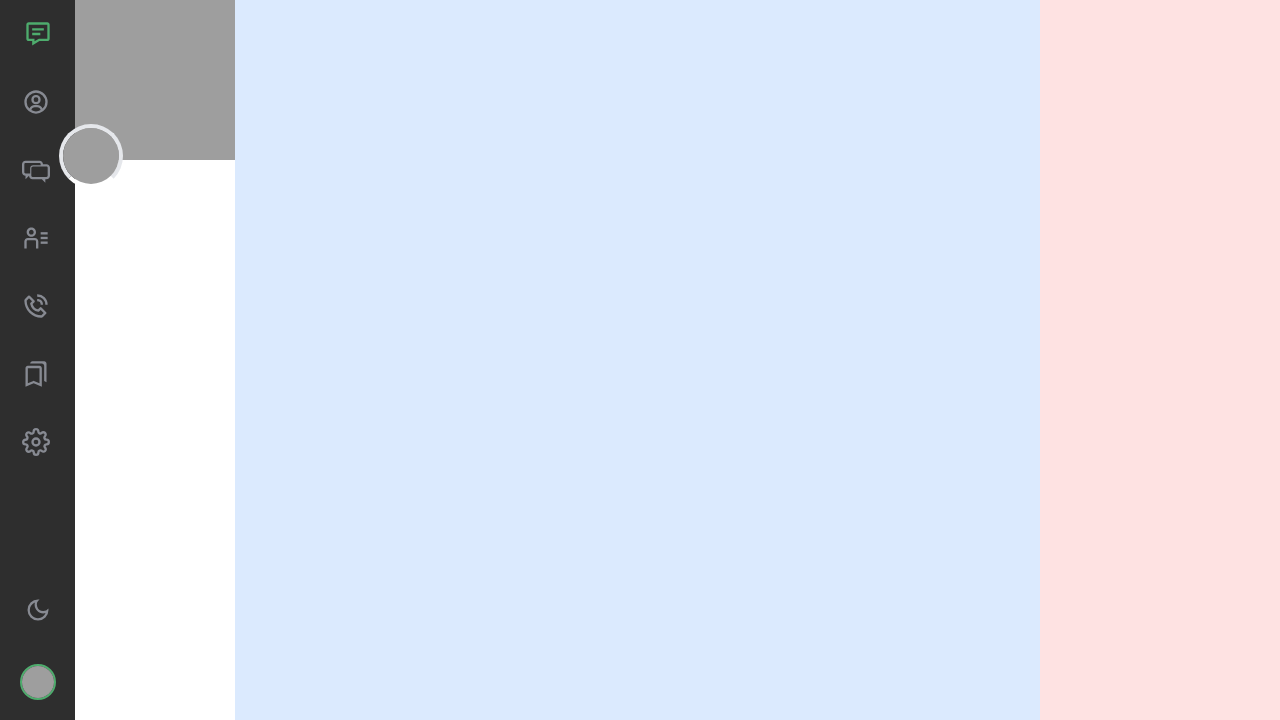
Repository: satya-ranjon/Chat-app
Page: /
These files come from the project's save history. The page is drawn as it stood at one moment and after the next save; the edit follows.
The browser window is 1280 px wide. The pictures show the whole page.
Pictures or frames that could not be fetched are drawn as grey boxes. The project was rebuilt for these pictures with package versions that can differ from the ones it lists, and the page was loaded fresh each time.

Above is the page before, as saved 2022-03-31 03:26:58.

### src/index.js
import * as ReactDOMClient from "react-dom/client";
import "./index.css";
import App from "./App";

const root = ReactDOMClient.createRoot(document.getElementById("root"));
root.render(<App />);

### src/App.jsx
import React from "react";
// import Chats from "./components/Chats/Chats";
import MyProfile from "./components/MyProfile/MyProfile";
import SideBarManu from "./components/SideBarManu";
import UserChat from "./components/UserChat";
import UserProfileSidebar from "./components/UserProfileSidebar";

export default function App() {
  return (
    <div className="flex">
      <SideBarManu />
      {/* <Chats /> */}
      <MyProfile />
      <UserChat />
      <UserProfileSidebar />
    </div>
  );
}

### src/components/MyProfile/MyProfile.jsx
import React from "react";
import UserImage from "../UserImage";
const Image =
  "https://img.freepik.com/free-photo/interior-wall-mockup-green-wall-wooden-cabinet-3d-rendering_41470-3959.jpg?w=996";

export default function MyProfile() {
  return (
    <div className="w-72 h-screen xl:w-40 ">
      <div className="relative">
        <img src={Image} alt={Image} className="w-full h-40" />
        <UserImage className="w-16 h-16 rounded-full absolute  -bottom-7 right-28  border-4 border-b-white" />
      </div>
    </div>
  );
}

### src/components/SideBarManu.jsx
import React, { useState } from "react";
import { BiMessageDetail, BiUserCircle, BiPhoneCall } from "react-icons/bi";
import { TiMessages } from "react-icons/ti";
import { CgUserList } from "react-icons/cg";

import {
  MdOutlineBookmarks,
  MdOutlineDarkMode,
  MdOutlineLightMode,
} from "react-icons/md";
import { FiSettings } from "react-icons/fi";
import UserImage from "./UserImage";

export default function SideBarManu() {
  const [toggle, setToggle] = useState(true);
  return (
    <div className="w-[75px] h-screen bg-[#2e2e2e] flex flex-col justify-between">
      <div className="flex flex-col">
        <BiMessageDetail
          color="#4eac6d"
          className="text-center  m-5 cursor-pointer mx-auto "
          size={28}
        />
        <div
          className={` ${
            toggle ? `border-[#2e2e2e]` : `border-[#4eac6d]`
          } border-r-4 transition-all duration-200  `}
          onClick={() => setToggle((prev) => !prev)}
        >
          <BiUserCircle
            color={toggle ? `#878a92` : `#4eac6d`}
            className="text-center  m-5 cursor-pointer mx-auto   "
            size={28}
          />
        </div>
        <div className="border-r-4 border-[#2e2e2e] transition-all duration-200 ">
          <TiMessages
            color="#878a92"
            className="text-center  m-5 cursor-pointer mx-auto"
            size={28}
          />
        </div>
        <div className="border-r-4 border-[#2e2e2e] transition-all duration-200 ">
          <CgUserList
            color="#878a92"
            className="text-center  m-5 cursor-pointer mx-auto"
            size={28}
          />
        </div>
        <div className="border-r-4 border-[#2e2e2e] transition-all duration-200 ">
          <BiPhoneCall
            color="#878a92"
            className="text-center  m-5 cursor-pointer mx-auto"
            size={28}
          />
        </div>
        <div className="border-r-4 border-[#2e2e2e] transition-all duration-200 ">
          <MdOutlineBookmarks
            color="#878a92"
            className="text-center  m-5 cursor-pointer mx-auto"
            size={28}
          />
        </div>
        <div className="border-r-4 border-[#2e2e2e] transition-all duration-200 ">
          <FiSettings
            color="#878a92"
            className="text-center  m-5 cursor-pointer mx-auto"
            size={28}
          />
        </div>
      </div>
      <div className="flex flex-col">
        <MdOutlineDarkMode
          color="#878a92"
          className="text-center  m-5 cursor-pointer mx-auto"
          size={28}
        />
        {/* <MdOutlineLightMode
          color="#878a92"
          className="text-center  m-5 cursor-pointer mx-auto"
          size={28}
        /> */}
        <UserImage className="w-9 h-9 rounded-full mx-auto  m-5 border-2 border-[#4eac6d]" />
      </div>
    </div>
  );
}

### src/components/UserChat.jsx
import React from "react";

export default function UserChat() {
  return <div className="flex-grow h-screen bg-blue-100"></div>;
}

### src/components/UserProfileSidebar.jsx
import React from "react";

export default function UserProfileSidebar() {
  return <div className="w-60 h-screen bg-red-100"></div>;
}

### src/components/UserImage.jsx
import React from "react";

export default function UserImage({ className }) {
  return (
    <img
      className={className}
      src="https://media.istockphoto.com/photos/smiling-man-outdoors-in-the-city-picture-id1179420343"
      alt="profile pic"
    />
  );
}

Loaded but not shown: public/index.html (common file); src/index.css (common file); tailwind.config.js (common file)

After the next save:
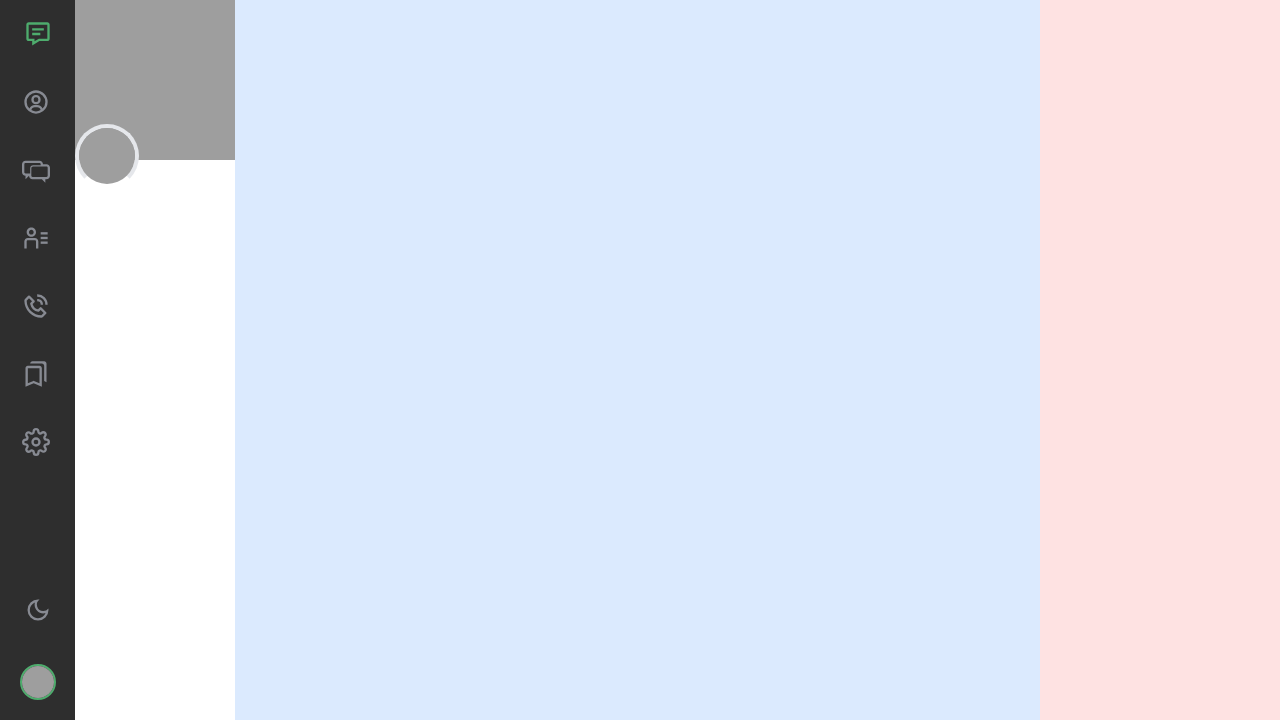
Saved 11 s later.
--- a/src/components/MyProfile/MyProfile.jsx
+++ b/src/components/MyProfile/MyProfile.jsx
@@ -8,7 +8,7 @@
     <div className="w-72 h-screen xl:w-40 ">
       <div className="relative">
         <img src={Image} alt={Image} className="w-full h-40" />
-        <UserImage className="w-16 h-16 rounded-full absolute  -bottom-7 right-28  border-4 border-b-white" />
+        <UserImage className="w-16 h-16 rounded-full absolute  -bottom-7 right-30  border-4 border-b-white" />
       </div>
     </div>
   );

After the save that followed:
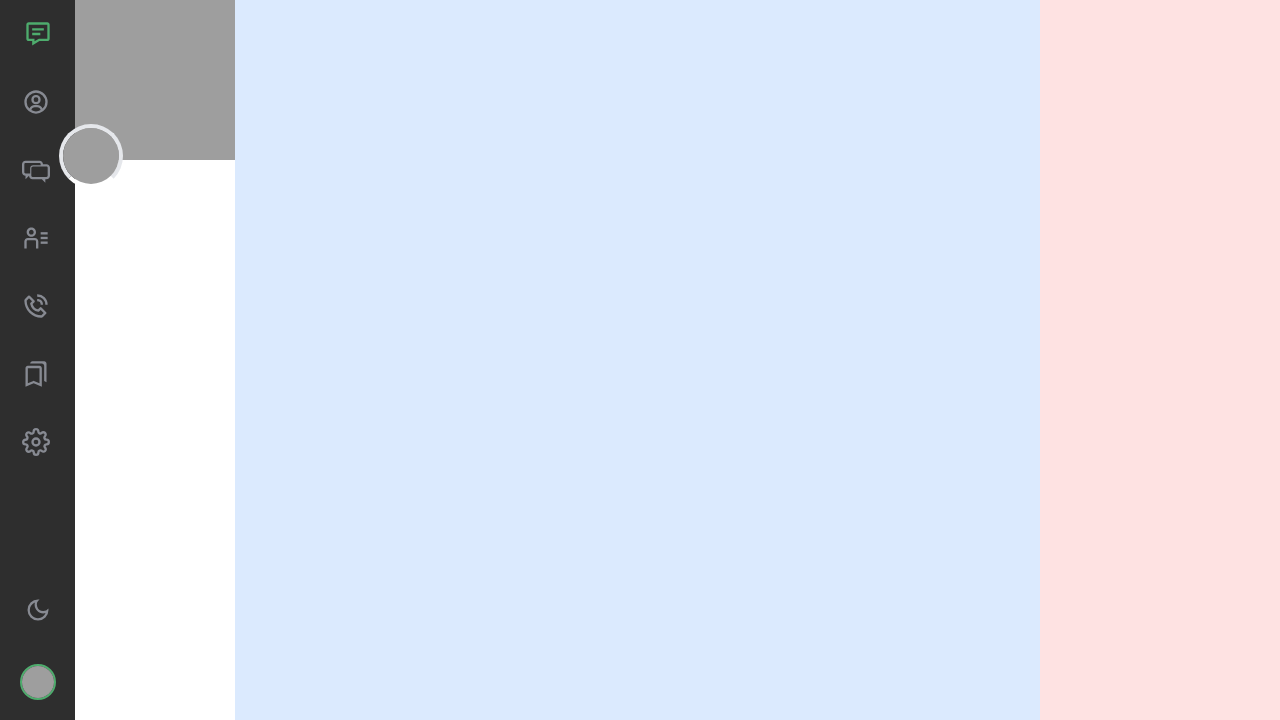
Saved 5 s later.
--- a/src/components/MyProfile/MyProfile.jsx
+++ b/src/components/MyProfile/MyProfile.jsx
@@ -8,7 +8,7 @@
     <div className="w-72 h-screen xl:w-40 ">
       <div className="relative">
         <img src={Image} alt={Image} className="w-full h-40" />
-        <UserImage className="w-16 h-16 rounded-full absolute  -bottom-7 right-30  border-4 border-b-white" />
+        <UserImage className="w-16 h-16 rounded-full absolute  -bottom-7 right-28  border-4 border-b-white" />
       </div>
     </div>
   );
